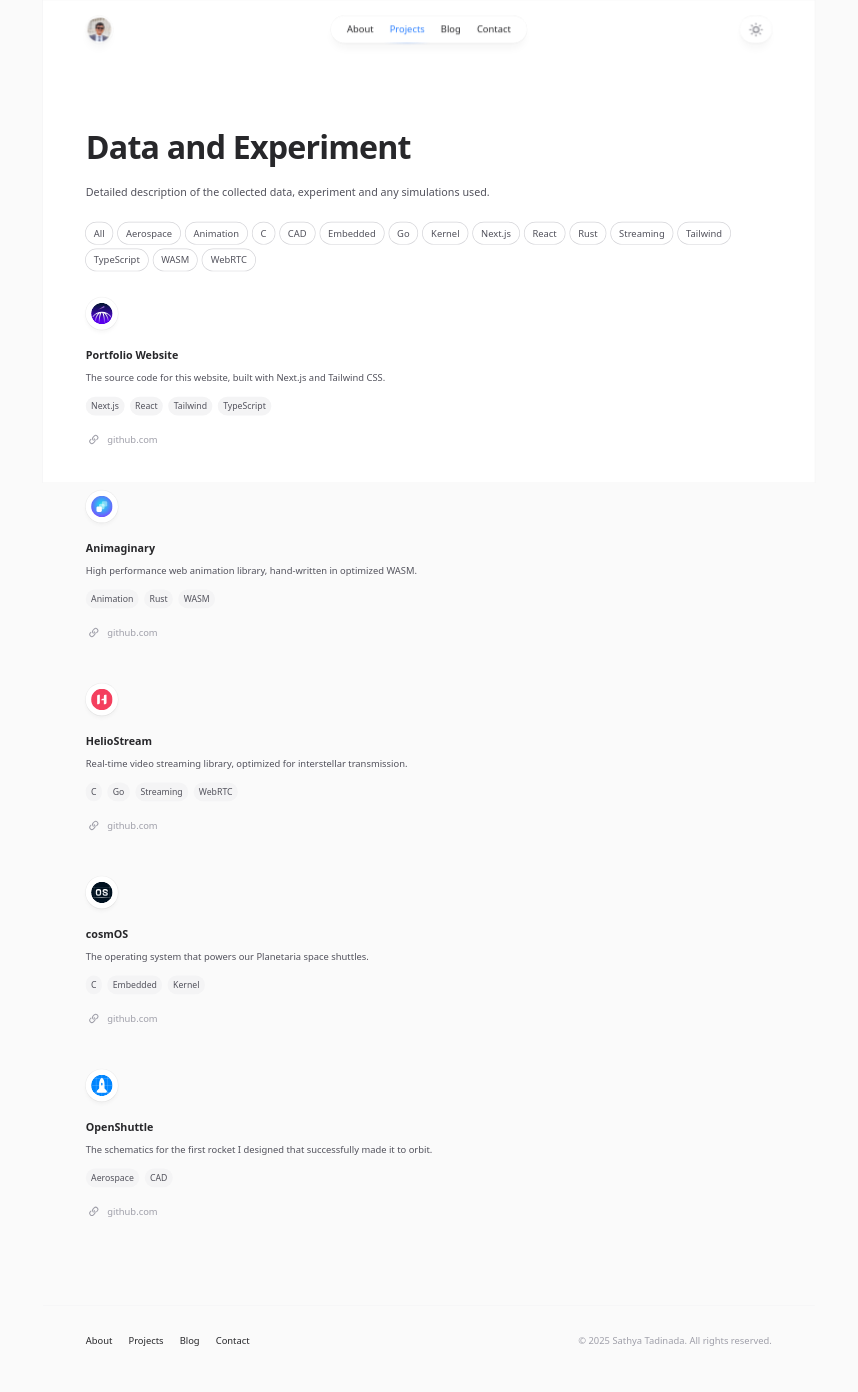
Repository: willwlee/chen3701
Page: /projects
The author's editor kept a copy of each file at every save. The page is drawn from the files as they stood at one save, then again after the next save.
The browser window is 1280 px wide. The pictures show the whole page, at 67% of full size.
The page's requests for data from a server got no answer. The project was rebuilt for these pictures with package versions that can differ from the ones it lists, and the page was loaded fresh each time. The framework's server and built-in components were replaced by stand-ins that run in the browser. No one was signed in, and anything a server would have sent is missing. Also part of the build but not shown: next.config.mjs.

Above is the page before, as saved 2025-08-24 17:07:06.

### src/app/layout.tsx
import { type Metadata } from 'next'

import { Providers } from '@/app/providers'
import { Layout } from '@/components/Layout'

import '@/styles/tailwind.css'

export const metadata: Metadata = {
  title: {
    template: '%s - Sathya Tadinada',
    default:
      'Sathya Tadinada: Personal Portfolio',
  },
  description:
    'I’m Sathya Tadinada, a software developer and college student based in Salt Lake City. I’m excited to grow my skills in the tech field and make a positive impact through my work.',
  alternates: {
    types: {
      'application/rss+xml': `${process.env.NEXT_PUBLIC_SITE_URL}/feed.xml`,
    },
  },
}

export default function RootLayout({
  children,
}: {
  children: React.ReactNode
}) {
  return (
    <html lang="en" className="h-full antialiased" suppressHydrationWarning>
      <meta name='theme-color'></meta>
      <body className="flex h-full bg-zinc-50 dark:bg-black">
        <Providers>
          <div className="flex w-full">
            <Layout>{children}</Layout>
          </div>
        </Providers>
      </body>
    </html>
  )
}

### src/app/projects/page.tsx
import { type Metadata } from 'next'
import Link from 'next/link'
import Image from 'next/image'

import { Card } from '@/components/Card'
import { SimpleLayout } from '@/components/SimpleLayout'

import logoAnimaginary from '@/images/logos/animaginary.svg'
import logoCosmos from '@/images/logos/cosmos.svg'
import logoHelioStream from '@/images/logos/helio-stream.svg'
import logoOpenShuttle from '@/images/logos/open-shuttle.svg'
import logoPlanetaria from '@/images/logos/planetaria.svg'

/* -------------------------------------------------------------------------- */
/*  Project data                                                              */
/* -------------------------------------------------------------------------- */

type Project = {
  name: string
  description: string
  link: { href: string; label: string }
  logo: any
  tags: string[]
}

const projects: Project[] = [
  {
    name: 'Portfolio Website',
    description:
      'The source code for this website, built with Next.js and Tailwind CSS.',
    link: {
      href: 'https://github.com/SathyaTadinada/Portfolio-Website',
      label: 'github.com',
    },
    logo: logoPlanetaria,
    tags: ['TypeScript', 'Next.js', 'Tailwind', 'React'],
  },
  {
    name: 'Animaginary',
    description:
      'High performance web animation library, hand-written in optimized WASM.',
    link: { href: '#', label: 'github.com' },
    logo: logoAnimaginary,
    tags: ['Rust', 'WASM', 'Animation'],
  },
  {
    name: 'HelioStream',
    description:
      'Real-time video streaming library, optimized for interstellar transmission.',
    link: { href: '#', label: 'github.com' },
    logo: logoHelioStream,
    tags: ['Go', 'Streaming', 'WebRTC', 'C'],
  },
  {
    name: 'cosmOS',
    description: 'The operating system that powers our Planetaria space shuttles.',
    link: { href: '#', label: 'github.com' },
    logo: logoCosmos,
    tags: ['C', 'Kernel', 'Embedded'],
  },
  {
    name: 'OpenShuttle',
    description:
      'The schematics for the first rocket I designed that successfully made it to orbit.',
    link: { href: '#', label: 'github.com' },
    logo: logoOpenShuttle,
    tags: ['CAD', 'Aerospace'],
  },
]


function normalizeTags(input?: string) {
  if (!input) return []
  return input.split(',').filter(Boolean).map(decodeURIComponent)
}

function hrefFor(tag: string, selected: string[]) {
  const next = selected.includes(tag)
    ? selected.filter(t => t !== tag)
    : [...selected, tag]

  if (next.length === 0) return '/projects'
  return `/projects?tags=${next.map(encodeURIComponent).join(',')}`
}

function TagChip({ tag, selected }: { tag: string; selected: string[] }) {
  const isActive = tag !== 'All' && selected.includes(tag)
  const href = tag === 'All' ? '/projects' : hrefFor(tag, selected)

  return (
    <Link
      href={href}
      className={`rounded-full px-3 py-1 text-sm font-medium ring-1 ring-zinc-300 dark:ring-zinc-700 transition
        ${
          isActive
            ? 'bg-zinc-800 text-white dark:bg-zinc-200 dark:text-zinc-900'
            : 'text-zinc-600 hover:bg-zinc-100 dark:text-zinc-400 dark:hover:bg-zinc-700'
        }`}
    >
      {tag}
    </Link>
  )
}

/* Icon for the external-link footer */
function LinkIcon(props: React.ComponentPropsWithoutRef<'svg'>) {
  return (
    <svg viewBox="0 0 24 24" aria-hidden="true" {...props}>
      <path
        d="M15.712 11.823a.75.75 0 1 0 1.06 1.06l-1.06-1.06Zm-4.95 1.768a.75.75 0 0 0 1.06-1.06l-1.06 1.06Zm-2.475-1.414a.75.75 0 1 0-1.06-1.06l1.06 1.06Zm4.95-1.768a.75.75 0 1 0-1.06 1.06l1.06-1.06Zm3.359.53-.884.884 1.06 1.06.885-.883-1.061-1.06Zm-4.95-2.12 1.414-1.415L12 6.344l-1.415 1.413 1.061 1.061Zm0 3.535a2.5 2.5 0 0 1 0-3.536l-1.06-1.06a4 4 0 0 0 0 5.656l1.06-1.06Zm4.95-4.95a2.5 2.5 0 0 1 0 3.535L17.656 12a4 4 0 0 0 0-5.657l-1.06 1.06Zm1.06-1.06a4 4 0 0 0-5.656 0l1.06 1.06a2.5 2.5 0 0 1 3.536 0l1.06-1.06Zm-7.07 7.07.176.177 1.06-1.06-.176-.177-1.06 1.06Zm-3.183-.353.884-.884-1.06-1.06-.884.883 1.06 1.06Zm4.95 2.121-1.414 1.414 1.06 1.06 1.415-1.413-1.06-1.061Zm0-3.536a2.5 2.5 0 0 1 0 3.536l1.06 1.06a4 4 0 0 0 0-5.656l-1.06 1.06Zm-4.95 4.95a2.5 2.5 0 0 1 0-3.535L6.344 12a4 4 0 0 0 0 5.656l1.06-1.06Zm-1.06 1.06a4 4 0 0 0 5.657 0l-1.061-1.06a2.5 2.5 0 0 1-3.535 0l-1.061 1.06Zm7.07-7.07-.176-.177-1.06 1.06.176.178 1.06-1.061Z"
        fill="currentColor"
      />
    </svg>
  )
}

export const metadata: Metadata = {
  title: 'Data/Experiment',
  description: 'Data and Experiment Section',
}

export default async function Projects({
  searchParams,
}: {
  searchParams: Promise<{ tags?: string }>
}) {
  /* current filter → chips & project list */
  const selected = normalizeTags((await searchParams).tags)
  const allTags = Array.from(
    new Set(projects.flatMap(p => p.tags ?? [])),
  ).sort()

  const visible =
    selected.length === 0
      ? projects
      : projects.filter(p => selected.every(t => p.tags?.includes(t)))

  return (
    <SimpleLayout
      title="Data and Experiment"
      intro="Detailed description of the collected data, experiment and any simulations used."
      gapClass="mt-12 sm:mt-8"
    >
      {/* filter bar */}
      {allTags.length > 0 && (
        <div className="mb-10 flex flex-wrap gap-2">
          <TagChip tag="All" selected={selected} />
          {allTags.map(tag => (
            <TagChip key={tag} tag={tag} selected={selected} />
          ))}
        </div>
      )}

      {/* project grid */}
      <ul
        role="list"
        className="grid grid-cols-1 gap-x-12 gap-y-16"
      >
        {visible.map(project => (
          <Card as="li" key={project.name}>
            {/* logo */}
            <div className="relative z-10 flex h-12 w-12 items-center justify-center rounded-full bg-white shadow-md shadow-zinc-800/5 ring-1 ring-zinc-900/5 dark:border dark:border-zinc-700/50 dark:bg-zinc-800 dark:ring-0">
              <Image src={project.logo} alt="" className="h-8 w-8" unoptimized />
            </div>

            {/* name */}
            <h2 className="mt-6 text-base font-semibold text-zinc-800 dark:text-zinc-100">
              <Card.Link href={project.link.href} target="_blank" rel="noreferrer">
                {project.name}
              </Card.Link>
            </h2>

            {/* description */}
            <Card.Description>{project.description}</Card.Description>

            {/* tech-stack chips */}
            {project.tags?.length > 0 && (
              <div className="relative z-10 mt-4 flex flex-wrap gap-2">
                {project.tags
                  .slice()
                  .sort()
                  .map(tag => (
                    <span
                      key={tag}
                      className="rounded-full bg-zinc-100 px-2 py-0.5 text-xs font-medium text-zinc-600 dark:bg-zinc-700/40 dark:text-zinc-300"
                    >
                      {tag}
                    </span>
                  ))}
              </div>
            )}

            {/* footer link */}
            <p className="relative z-10 mt-6 flex text-sm font-medium text-zinc-400 transition group-hover:text-blue-500 dark:text-zinc-200">
              <LinkIcon className="h-6 w-6 flex-none" />
              <span className="ml-2">{project.link.label}</span>
            </p>
          </Card>
        ))}
      </ul>
      {visible.length === 0 && (
        <p className="mt-4 text-zinc-500 dark:text-zinc-400">
          No projects match&nbsp;
          {[...selected]
            .sort((a, b) => a.localeCompare(b))
            .map(t => `"${t}"`)
            .join(', ')}
          .
        </p>
      )}
    </SimpleLayout>
  )
}

### src/app/providers.tsx
'use client'

import { createContext, useEffect, useRef } from 'react'
import { usePathname } from 'next/navigation'
import { ThemeProvider, useTheme } from 'next-themes'

function usePrevious<T>(value: T): T | undefined {
  const ref = useRef<T | undefined>(undefined)

  useEffect(() => {
    ref.current = value
  }, [value])

  return ref.current
}

function ThemeWatcher() {
  let { resolvedTheme, setTheme } = useTheme()

  useEffect(() => {
    let media = window.matchMedia('(prefers-color-scheme: dark)')

    function onMediaChange() {
      let systemTheme = media.matches ? 'dark' : 'light'
      if (resolvedTheme === systemTheme) {
        setTheme('system')
      }
    }

    onMediaChange()
    media.addEventListener('change', onMediaChange)

    return () => {
      media.removeEventListener('change', onMediaChange)
    }
  }, [resolvedTheme, setTheme])

  return null
}

export const AppContext = createContext<{ previousPathname?: string }>({})

export function Providers({ children }: { children: React.ReactNode }) {
  let pathname = usePathname()
  let previousPathname = usePrevious(pathname)

  return (
    <AppContext.Provider value={{ previousPathname }}>
      <ThemeProvider attribute="class" disableTransitionOnChange>
        <ThemeWatcher />
        {children}
      </ThemeProvider>
    </AppContext.Provider>
  )
}

### src/styles/tailwind.css
@config "../../tailwind.config.ts";
@plugin "@tailwindcss/typography";
@import 'tailwindcss';

@layer utilities {
  /* Hide scrollbar but keep scrolling */
  .no-scrollbar {
    -ms-overflow-style: none; /* IE/old Edge */
    scrollbar-width: none; /* Firefox */
  }
  .no-scrollbar::-webkit-scrollbar {
    display: none; /* Chrome/Safari/Opera */
  }
}

html {
  scroll-behavior: smooth;
}

### src/components/Card.tsx
import Link from 'next/link'
import clsx from 'clsx'

function ChevronRightIcon(props: React.ComponentPropsWithoutRef<'svg'>) {
  return (
    <svg viewBox="0 0 16 16" fill="none" aria-hidden="true" {...props}>
      <path
        d="M6.75 5.75 9.25 8l-2.5 2.25"
        strokeWidth="1.5"
        strokeLinecap="round"
        strokeLinejoin="round"
      />
    </svg>
  )
}

export function Card<T extends React.ElementType = 'div'>({
  as,
  className,
  children,
}: Omit<React.ComponentPropsWithoutRef<T>, 'as' | 'className'> & {
  as?: T
  className?: string
}) {
  let Component = as ?? 'div'

  return (
    <Component
      className={clsx(className, 'group relative flex flex-col items-start')}
    >
      {children}
    </Component>
  )
}

Card.Link = function CardLink({
  children,
  ...props
}: React.ComponentPropsWithoutRef<typeof Link>) {
  return (
    <>
      <div className="absolute -inset-x-4 -inset-y-6 z-0 scale-95 bg-zinc-50 opacity-0 transition group-hover:scale-100 group-hover:opacity-100 sm:-inset-x-6 sm:rounded-2xl dark:bg-zinc-800/50" />
      <Link {...props}>
        <span className="absolute -inset-x-4 -inset-y-6 z-20 sm:-inset-x-6 sm:rounded-2xl" />
        <span className="relative z-10">{children}</span>
      </Link>
    </>
  )
}

Card.Title = function CardTitle<T extends React.ElementType = 'h2'>({
  as,
  href,
  children,
}: Omit<React.ComponentPropsWithoutRef<T>, 'as' | 'href'> & {
  as?: T
  href?: string
}) {
  const Component = as ?? 'h2'
  return (
    <Component
      className="
        m-0 text-base font-semibold tracking-tight text-zinc-800 dark:text-zinc-100
        [&>a]:no-underline [&>a]:text-inherit
      "
    >
      {href ? <Card.Link href={href}>{children}</Card.Link> : children}
    </Component>
  )
}

Card.Description = function CardDescription({
  children,
}: {
  children: React.ReactNode
}) {
  return (
    <p className="relative z-10 mt-2 text-sm text-zinc-600 dark:text-zinc-400">
      {children}
    </p>
  )
}

Card.Cta = function CardCta({ children }: { children: React.ReactNode }) {
  return (
    <div
      aria-hidden="true"
      className="relative z-10 mt-4 flex items-center text-sm font-medium text-blue-500"
    >
      {children}
      <ChevronRightIcon className="ml-1 h-4 w-4 stroke-current" />
    </div>
  )
}

Card.Eyebrow = function CardEyebrow<T extends React.ElementType = 'p'>({
  as,
  decorate = false,
  className,
  children,
  ...props
}: Omit<React.ComponentPropsWithoutRef<T>, 'as' | 'decorate'> & {
  as?: T
  decorate?: boolean
}) {
  let Component = as ?? 'p'

  return (
    <Component
      className={clsx(
        className,
        'relative z-10 order-first mb-3 flex items-center text-sm text-zinc-400 dark:text-zinc-500',
        decorate && 'pl-3.5',
      )}
      {...props}
    >
      {decorate && (
        <span
          className="absolute inset-y-0 left-0 flex items-center"
          aria-hidden="true"
        >
          <span className="h-4 w-0.5 rounded-full bg-zinc-200 dark:bg-zinc-500" />
        </span>
      )}
      {children}
    </Component>
  )
}

### src/components/SimpleLayout.tsx
import { Container } from '@/components/Container'

export function SimpleLayout({
  title,
  intro,
  children,
  gapClass = 'mt-16 sm:mt-20',
}: {
  title: string
  intro: string
  children?: React.ReactNode
  gapClass?: string
}) {
  return (
    <Container className="mt-16 sm:mt-32">
      <header className="max-w-2xl">
        <h1 className="text-4xl font-bold tracking-tight text-zinc-800 sm:text-5xl dark:text-zinc-100">
          {title}
        </h1>
        <p className="mt-6 text-base text-zinc-600 dark:text-zinc-400">
          {intro}
        </p>
      </header>
      {children && <div className={gapClass}>{children}</div>}
    </Container>
  )
}

### src/components/Footer.tsx
import Link from 'next/link'

import { ContainerInner, ContainerOuter } from '@/components/Container'

function NavLink({
  href,
  children,
}: {
  href: string
  children: React.ReactNode
}) {
  return (
    <Link
      href={href}
      className="transition hover:text-blue-500 dark:hover:text-blue-400"
    >
      {children}
    </Link>
  )
}

export function Footer() {
  return (
    <footer className="mt-32 flex-none">
      <ContainerOuter>
        <div className="border-t border-zinc-100 pb-16 pt-10 dark:border-zinc-700/40">
          <ContainerInner>
            <div className="flex flex-col items-center justify-between gap-6 sm:flex-row">
              <div className="flex flex-wrap justify-center gap-x-6 gap-y-1 text-sm font-medium text-zinc-800 dark:text-zinc-200">
                <NavLink href="/about">About</NavLink>
                <NavLink href="/projects">Projects</NavLink>
                {/* <NavLink href="/speaking">Research</NavLink> */}
                <NavLink /* href="https://tadinada.medium.com/" */ href="/blog">Blog</NavLink>
                <NavLink href="/contact">Contact</NavLink>
              </div>
              <p className="text-sm text-zinc-400 dark:text-zinc-500">
                <a href="mailto:sathya@tadinada.com" target='_blank' rel='noreferrer'>&copy; {new Date().getFullYear()} Sathya Tadinada. All rights reserved.</a>
              </p>
            </div>
          </ContainerInner>
        </div>
      </ContainerOuter>
    </footer>
  )
}

### src/components/Container.tsx
import { forwardRef } from 'react'
import clsx from 'clsx'

export const ContainerOuter = forwardRef<
  React.ElementRef<'div'>,
  React.ComponentPropsWithoutRef<'div'>
>(function OuterContainer({ className, children, ...props }, ref) {
  return (
    <div ref={ref} className={clsx('sm:px-8', className)} {...props}>
      <div className="mx-auto w-full max-w-7xl lg:px-8">{children}</div>
    </div>
  )
})

export const ContainerInner = forwardRef<
  React.ElementRef<'div'>,
  React.ComponentPropsWithoutRef<'div'>
>(function InnerContainer({ className, children, ...props }, ref) {
  return (
    <div
      ref={ref}
      className={clsx('relative px-4 sm:px-8 lg:px-12', className)}
      {...props}
    >
      <div className="mx-auto max-w-2xl lg:max-w-5xl">{children}</div>
    </div>
  )
})

export const Container = forwardRef<
  React.ElementRef<typeof ContainerOuter>,
  React.ComponentPropsWithoutRef<typeof ContainerOuter>
>(function Container({ children, ...props }, ref) {
  return (
    <ContainerOuter ref={ref} {...props}>
      <ContainerInner>{children}</ContainerInner>
    </ContainerOuter>
  )
})

Loaded but not shown: src/components/Layout.tsx (common file); src/components/Header.tsx (473 lines, source omitted); tailwind.config.ts (194 lines, source omitted)

After the next save:
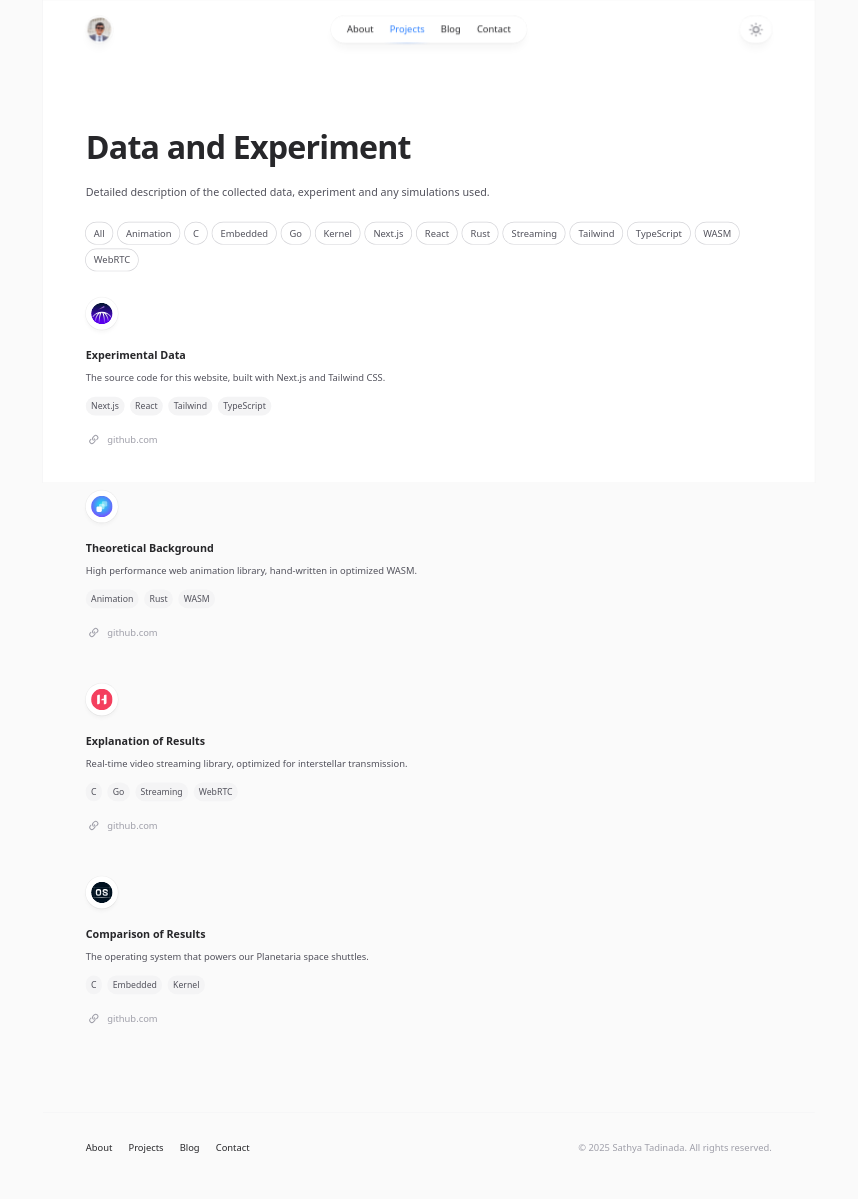
Saved 2 min 5 s later.
--- a/src/app/projects/page.tsx
+++ b/src/app/projects/page.tsx
@@ -25,7 +25,7 @@ type Project = {
 
 const projects: Project[] = [
   {
-    name: 'Portfolio Website',
+    name: 'Experimental Data',
     description:
       'The source code for this website, built with Next.js and Tailwind CSS.',
     link: {
@@ -36,7 +36,7 @@ const projects: Project[] = [
     tags: ['TypeScript', 'Next.js', 'Tailwind', 'React'],
   },
   {
-    name: 'Animaginary',
+    name: 'Theoretical Background',
     description:
       'High performance web animation library, hand-written in optimized WASM.',
     link: { href: '#', label: 'github.com' },
@@ -44,7 +44,7 @@ const projects: Project[] = [
     tags: ['Rust', 'WASM', 'Animation'],
   },
   {
-    name: 'HelioStream',
+    name: 'Explanation of Results',
     description:
       'Real-time video streaming library, optimized for interstellar transmission.',
     link: { href: '#', label: 'github.com' },
@@ -52,19 +52,11 @@ const projects: Project[] = [
     tags: ['Go', 'Streaming', 'WebRTC', 'C'],
   },
   {
-    name: 'cosmOS',
+    name: 'Comparison of Results',
     description: 'The operating system that powers our Planetaria space shuttles.',
     link: { href: '#', label: 'github.com' },
     logo: logoCosmos,
     tags: ['C', 'Kernel', 'Embedded'],
-  },
-  {
-    name: 'OpenShuttle',
-    description:
-      'The schematics for the first rocket I designed that successfully made it to orbit.',
-    link: { href: '#', label: 'github.com' },
-    logo: logoOpenShuttle,
-    tags: ['CAD', 'Aerospace'],
   },
 ]
 
